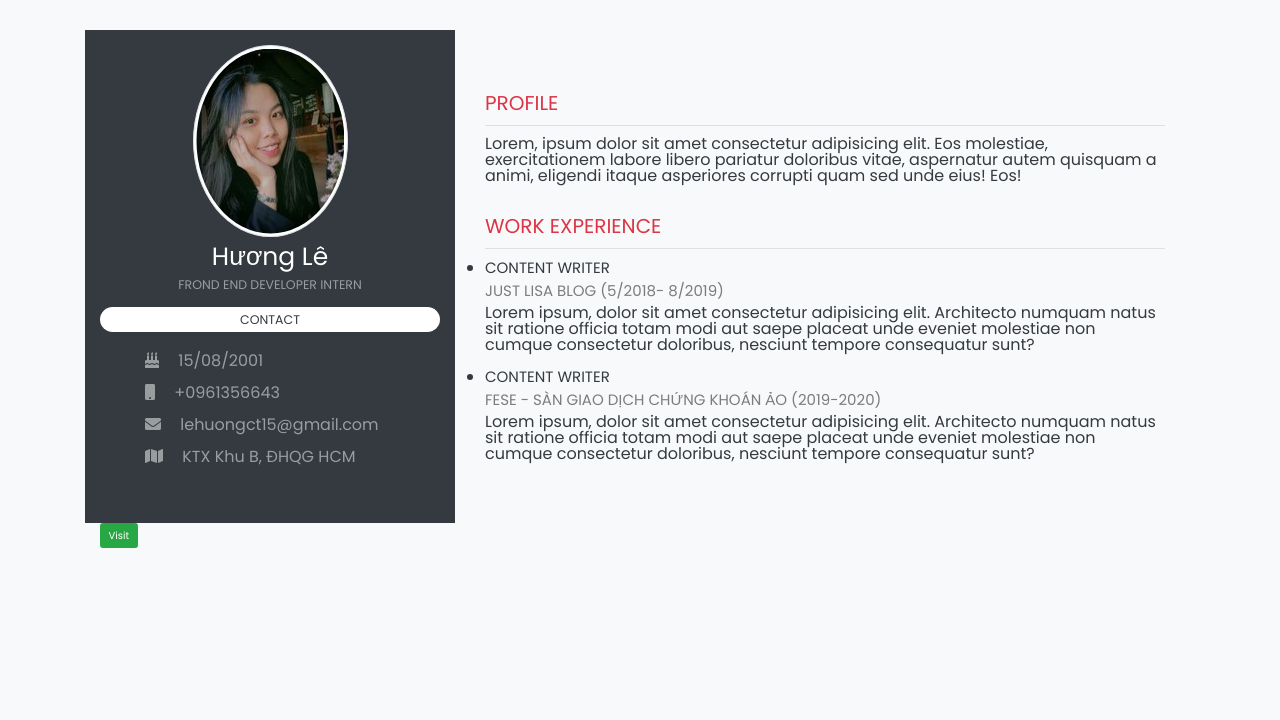
Repository: huongle158/cvhuongle
Page: index.html
The author's editor kept a copy of each file at every save. The page is drawn from the files as they stood at one save, then again after the next save.
The browser window is 1280 px wide. The pictures show the whole page.
Some web libraries are served in a nearby version.

Above is the page before, as saved 2021-12-13 01:30:47.

After the next save:
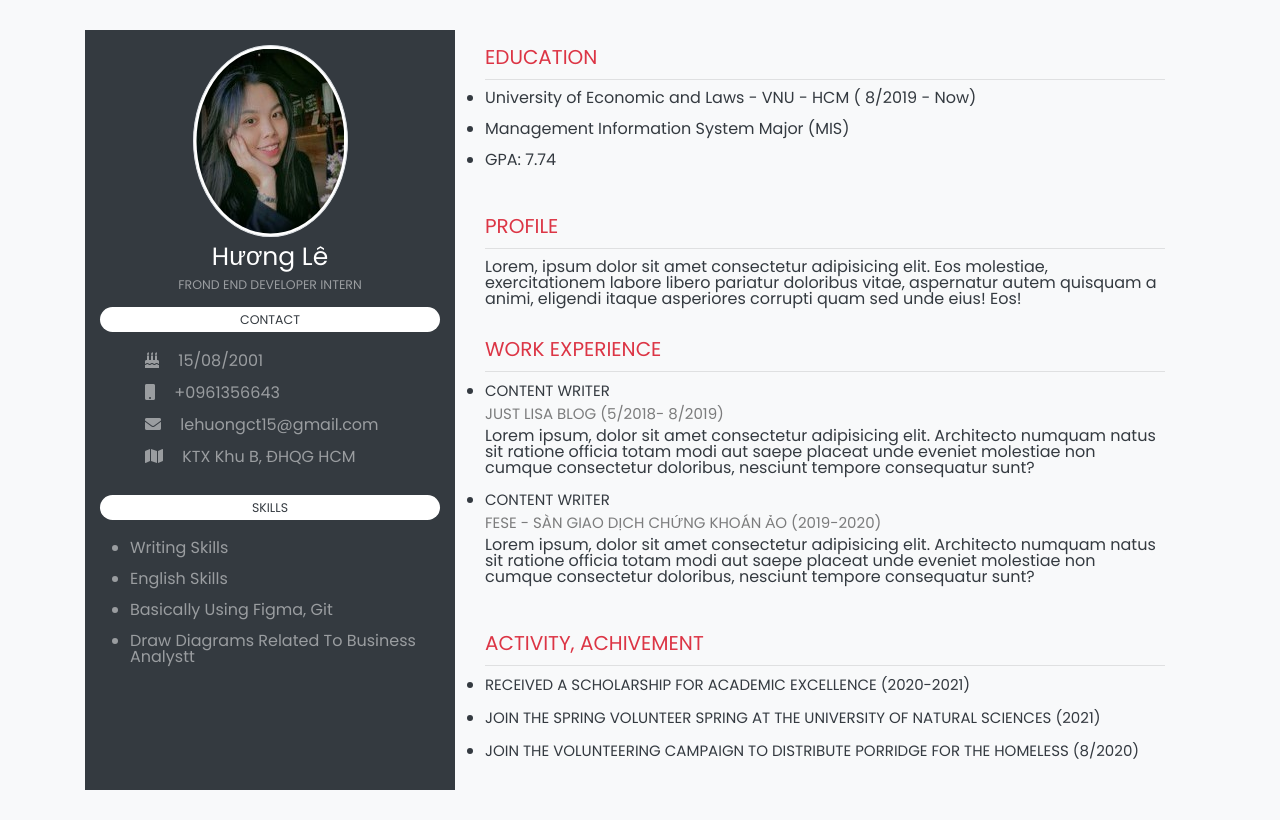
Saved 53 min 59 s later.
--- a/index.html
+++ b/index.html
@@ -62,26 +62,26 @@
               </ul>
           </div>
           <div class="m-skill">
-              <!-- <h5 class="text-uppercase bg-white text-dark py-2 rounded-pill mb-4" >skills</h5>
+              <h5 class="text-uppercase bg-white text-dark py-2 rounded-pill mb-4" >skills</h5>
               <ul class="list text-white-50 ml-5 py-2 text-left text-capitalize">
                 <li class="list-item mb-4">Writing skills</li>
                 <li class="list-item mb-4">English skills</li>
                 <li class="list-item mb-4">Basically using Figma, Git</li>
                 <li class="list-item mb-4">draw diagrams related to Business Analystt</li>
-              </ul> -->
+              </ul>
           </div>
 
         </div>
 
         <div class="col-lg-8 bg-light text-dark py-4 px-5">
              <div class="header-right mb-5 m-education">
-                <!-- <h2 class="text-uppercase text-danger">Education</h2>
+                <h2 class="text-uppercase text-danger">Education</h2>
                 <hr>
                  <ul class="list">
                 <li class="list-item mb-4">University of Economic and Laws - VNU - HCM ( 8/2019 - Now)</li>
                 <li class="list-item mb-4">Management Information System Major (MIS)</li>
                 <li class="list-item mb-4">GPA: 7.74</li>
-              </ul> -->
+              </ul>
             </div>
 
             <br>
@@ -112,7 +112,7 @@
             </div>
             <br>
              <div class="m-activity">
-                <!-- <h2 class="text-uppercase text-danger">Activity, Achivement</h2>
+                <h2 class="text-uppercase text-danger">Activity, Achivement</h2>
                 <hr>
                 <ul class="list">
 
@@ -126,12 +126,12 @@
                     <h4 class="display-6 text-uppercase">Join the volunteering campaign to distribute porridge for the homeless (8/2020)</h4>
                 </li>
 
-              </ul> -->
+              </ul>
 
             </div>
         </div>
       </div>
-      <button type="button" class="btn btn-success" onclick="displayEducation()">Visit</button>
+      <!-- <button type="button" class="btn btn-success" onclick="displayEducation()">Visit</button> -->
     </div>
 
     <!-- Optional JavaScript -->
